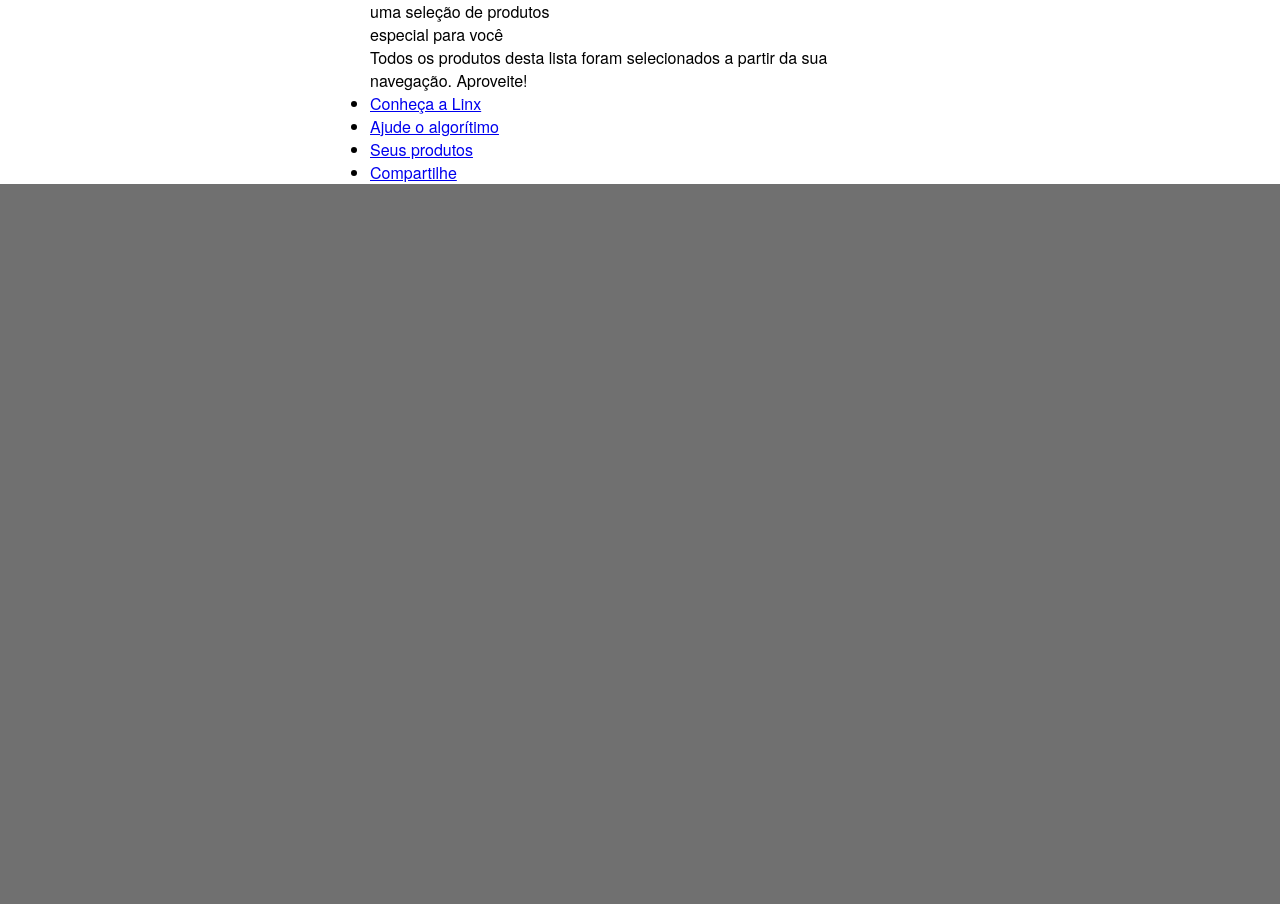
Repository: danielpellicano/front-end-developer-test-linx-2020
Page: index.html
The author's editor kept a copy of each file at every save. The page is drawn from the files as they stood at one save, then again after the next save.
The browser window is 1280 px wide. The pictures show the whole page.
Some web fonts or font styles are not loaded; a fallback is used.

Above is the page before, as saved 2020-09-01 12:02:21.

### index.html
<!DOCTYPE html>
<html lang="en">

<head>
    <meta charset="UTF-8">
    <meta name="viewport" content="width=device-width, initial-scale=1.0">
    <title>Linx Test Front End</title>
    <link rel="stylesheet" href="css/style.css">
    <link rel="stylesheet" href="css/responsive.css">
    <link rel="stylesheet" href="js/script.js">

</head>

<body>

    <!-- Header -->
    <header id="header">
        <div class="container">
            <h1>uma seleção de produtos</h1>
            <h2>especial para você</h2>
            <p>Todos os produtos desta lista foram selecionados a partir da sua navegação. Aproveite!</p>
            <!-- Main Menu -->
            <nav>
                <ul>
                    <li><a href="#">Conheça a Linx</a></li>
                    <li><a href="#">Ajude o algorítimo</a></li>
                    <li><a href="#">Seus produtos</a></li>
                    <li><a href="#">Compartilhe</a></li>
                </ul>
            </nav>
            <!-- .Main Menu -->
        </div>
    </header>
    <!-- .Header -->

</body>

</html>

### css/style.css
/* Import Fonts */

@font-face {
    font-family: 'Helvetica Neue';
    src: url('../fonts/HelveticaNeue.eot');
    src: url('../fonts/HelveticaNeue.eot?#iefix') format('embedded-opentype'), url('../fonts/HelveticaNeue.woff2') format('woff2'), url('../fonts/HelveticaNeue.woff') format('woff'), url('../fonts/HelveticaNeue.ttf') format('truetype');
    font-weight: normal;
    font-style: normal;
}

@font-face {
    font-family: 'Helvetica Neue Bold';
    src: url('../fonts/HelveticaNeue-Bold.eot');
    src: url('../fonts/HelveticaNeue-Bold.eot?#iefix') format('embedded-opentype'), url('../fonts/HelveticaNeue-Bold.woff2') format('woff2'), url('../fonts/HelveticaNeue-Bold.woff') format('woff'), url('../fonts/HelveticaNeue-Bold.ttf') format('truetype');
    font-weight: bold;
    font-style: normal;
}


/* css Reset */

html,
body,
div,
span,
iframe,
h1,
h2,
h3,
h4,
h5,
h6,
p,
blockquote,
pre,
a,
img,
strong,
b,
u,
i,
ul,
li,
fieldset,
form,
label,
legend,
table,
caption,
tbody,
tfoot,
thead,
tr,
th,
td,
article,
aside,
canvas,
details,
embed,
figure,
figcaption,
footer,
header,
hgroup,
menu,
nav,
output,
ruby,
section,
summary,
time,
mark,
audio,
video {
    margin: 0;
    padding: 0;
    border: 0;
    font-size: 100%;
    font: inherit;
    vertical-align: baseline;
}


/* CSS General */

body {
    font-family: 'Helvetica Neue';
}

.container {
    width: 100%;
    padding-right: 15px;
    padding-left: 15px;
    margin-right: auto;
    margin-left: auto;
}


/* Header */

#header:after {
    content: '';
    background: #707070;
    width: 100%;
    height: 100%;
    position: absolute;
}

### css/responsive.css
@media (min-width: 1200px) {
    .container {
        max-width: 1140px;
    }
}

@media (min-width: 992px) {
    .container {
        max-width: 960px;
    }
}

@media (min-width: 768px) {
    .container {
        max-width: 720px;
    }
}

@media (min-width: 576px) {
    .container {
        max-width: 540px;
    }
}

Loaded but not shown: js/script.js (no stored copy; drawn as an empty file)

After the next save:
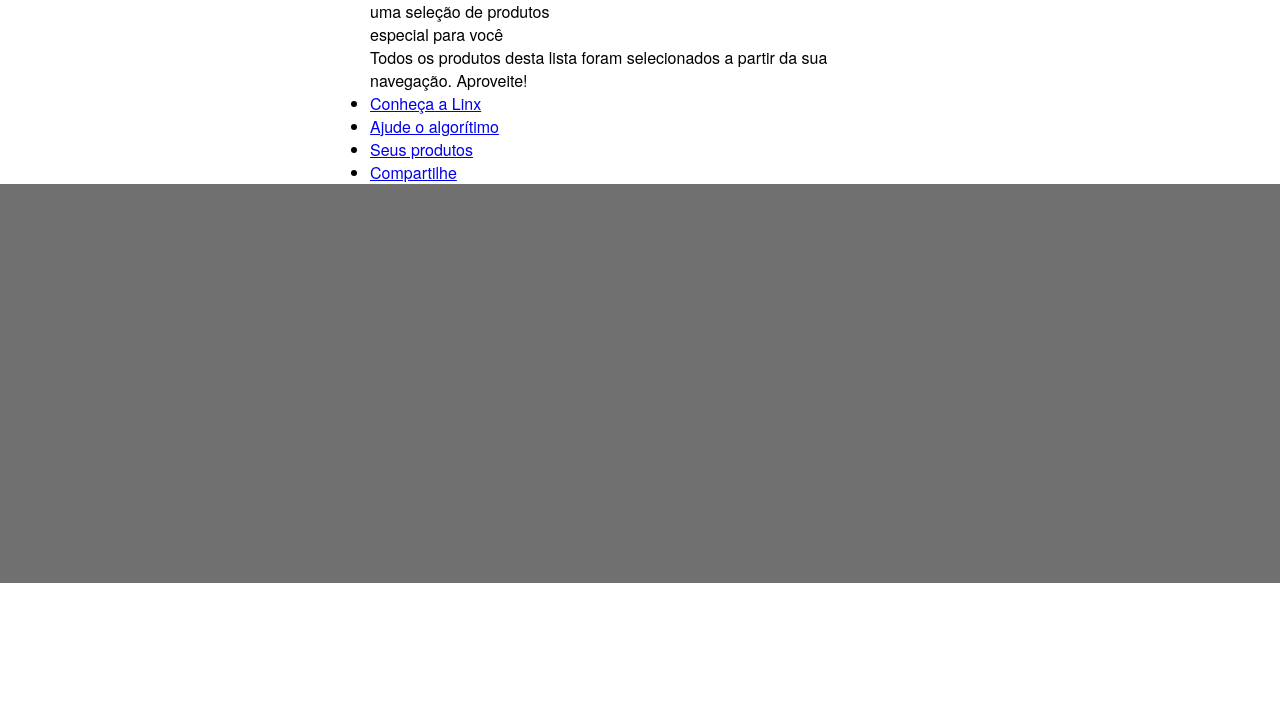
Saved 20 s later.
--- a/css/style.css
+++ b/css/style.css
@@ -105,4 +105,5 @@ body {
     width: 100%;
     height: 100%;
     position: absolute;
+    height: 399px;
 }
